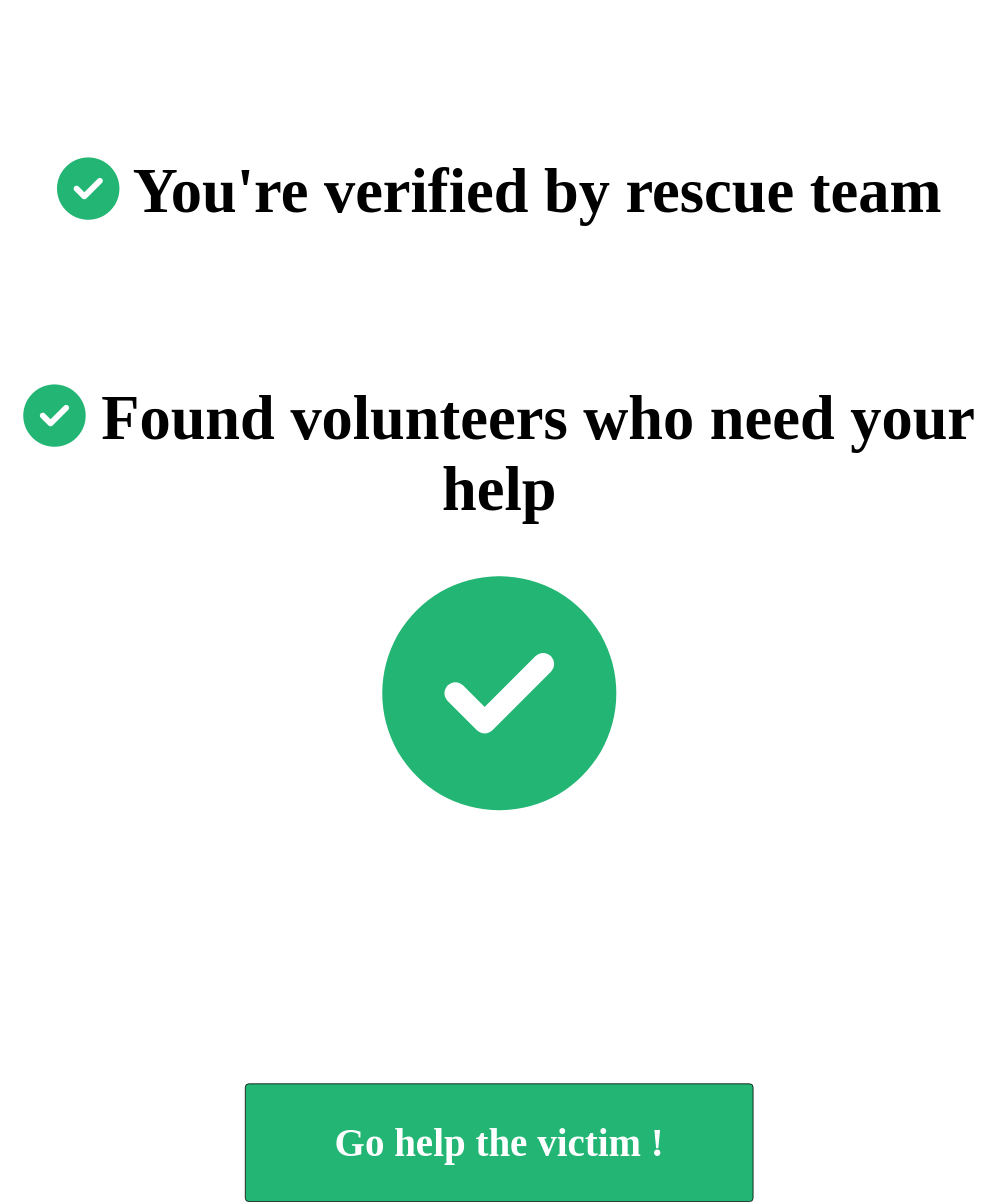
Repository: KittichoteKamalapirat/EMS-management-system
Page: approve.html
The author's editor kept a record of every edit. The page is drawn from the files as they stood at one moment, then again after the next edit.
The browser window is 1280 px wide. The pictures show the whole page, at 78% of full size.
Some web libraries are served in a nearby version.

Above is the page before.

After the next edit:
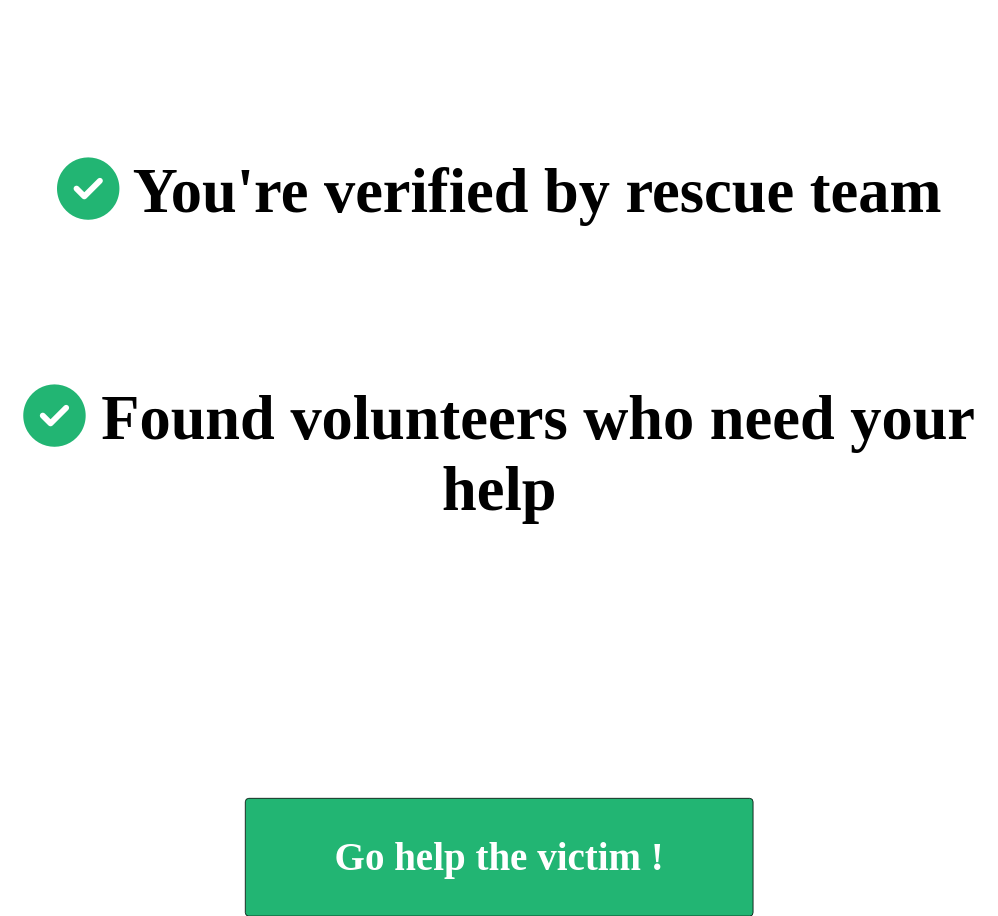
The edit:
--- a/approve.html
+++ b/approve.html
@@ -10,7 +10,7 @@
         <h2 class = "can"><i class="fa fa-check-circle fa " ></i> You're verified by rescue team</h2>
         <h2 class = "can1"><i class="fa fa-check-circle fa " ></i> Found volunteers who need your help</h2>
         <div class = "thanks">
-            <i class="fa fa-check-circle fa-3x " ></i>
+            <!--<i class="fa fa-check-circle fa-3x " ></i>-->
         </div>
         <h3 class="go" href="/map">Go help the victim ! </h3>
     </div>
